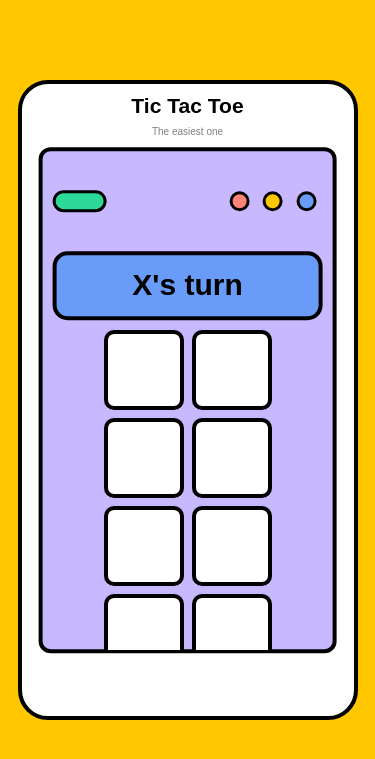
Repository: ThisIsSahaj/Js-Projects
Page: TIcTacToe/index.html
These files come from the project's save history. The page is drawn as it stood at one moment and after a run of saves; the edit follows.
The browser window is 375 px wide. The pictures show the whole page.

Above is the page before, as saved 2024-05-04 12:06:36.

### TIcTacToe/index.html
<!DOCTYPE html>
<html lang="en">
<head>
    <meta charset="UTF-8">
    <meta http-equiv="X-UA-Compatible" content="IE=edge">
    <meta name="viewport" content="width=device-width, initial-scale=1.0">
    <title>Tic Tac Toe</title>
    <link rel="stylesheet" href="style.css">
    <link rel="stylesheet" href="https://cdnjs.cloudflare.com/ajax/libs/font-awesome/6.0.0/css/all.min.css" integrity="sha512-9usAa10IRO0HhonpyAIVpjrylPvoDwiPUiKdWk5t3PyolY1cOd4DSE0Ga+ri4AuTroPR5aQvXU9xC6qOPnzFeg==" crossorigin="anonymous" referrerpolicy="no-referrer" />

</head>
<body>


        <div class="phoneUi">

            <div class="notch">
              <h3>Tic Tac Toe</h3>
              <p>The easiest one</p>
            </div>

            <div class="screen" >

                <div class="screenHeader" >

                    <div class="greenBars">

                        <span  style="background-color: #2DD998;"></span>
                        <!-- <span  style="background-color: #FFC700;"></span>
                        <span  style="background-color: #FFC700;"></span> -->
                    </div>

                    <div class="circleDiv">
                       <span  style=" background-color: #FF8477;" ></span>
                       <span  style=" background-color: #FFC700;" ></span>
                       <span  style=" background-color: #699CF8;" ></span>
                    </div>

                </div>

                <div class="displayDiv">
                      <p class="display"></p>
                </div>

                <div class="content scrollbar">
                    <div class="gameBox">
                       <div class="cell"></div>
                       <div class="cell"></div>
                       <div class="cell"></div>
                       <div class="cell"></div>
                       <div class="cell"></div>
                       <div class="cell"></div>
                       <div class="cell"></div>
                       <div class="cell"></div>
                       <div class="cell"></div>
                    </div>
                </div>

            </div>

        </div>
</body>

<script src="script.js"></script>
</html>

### TIcTacToe/style.css
/* COLOR PALETTE */

/*

yellow    #FFC700
red       #FF8477
green     #2DD998
blue      #699CF8
purple    #C8B8FF
orange    #EF4F1E

*/



*{
    margin: 0;
    padding: 0;
    box-sizing: border-box;
    outline: none;
    font-family: 'whyte', Arial, Helvetica, sans-serif;
}

body{
    background-color: #FFC700;
    display: flex;
    flex-wrap: wrap;
}



/* CURSORS */
html{
    cursor: url('/assets/images/PointerBody.png'), auto;
}

 button {
    cursor: url('/assets/images/PointerHover.png'), auto;
}

.notch p, h3, input {
    cursor: url('/assets/images/PointerText.png'), auto;

}





/* PHONE UI */
.phoneUi{
    border: 4px solid black;
    width: 580px;
    height: 80%;
    border-radius: 30px;
    background-color: white;
    position: absolute;
    top: 50%;
    left: 50%;
    transform: translate(-50%,-50%);
    text-align: center;
}

.notch{
    width: 100%;
    height: 10%;
    color: black;
    display: flex;
    flex-direction: column;
    align-items: center;
    justify-content: center;
    font-size: 22px;
    gap: 8px;
}

.notch p {
    color: grey;
    font-size: 12px;
}







/* SCREEN */
.screen{
    width: 90%;
    height: 80%;
    padding: 0px 35px;
    position: absolute;
    top: 50%;
    left: 50%;
    transform: translate(-50%,-50%);
    background-color: #C8B8FF;
    border: 4px solid black;
    color: black;
    border-radius: 12px;
    font-weight: bold;
}

.screenHeader {
    /* border: 2px solid green; */
    display: flex;
    justify-content: space-between;
    align-items: center;
    height: 20%;
}


.greenBars{
    width: 40%;
    display: flex;
    justify-content: start;
    gap: 10px;
}

.greenBars span {
    border-radius: 12px;
    border: 3px solid black;
    width: 50%;
    height: 22px;
 }

.circleDiv {
    display: flex;
    justify-content: space-around;
    width: 100px;
}

.circleDiv span {
    width: 20px;
    height: 20px;
    border-radius: 12px;
    border: 3px solid black;
}





/* INPUT FIELD */

.displayDiv{
    /* border: 2px solid green; */
    height: 14%;
}

.display{
    width: 100%;
    height: 100%;
    border-radius: 15px;
    color: black;
    padding: 20px;
    font-size: 30px;
    background-color: #699CF8;
    border: 4px solid black;
    display: flex;
    justify-content: center;
    align-items: center;
}





/* MAIN CONTENT */
.content{
    /* border: 2px solid green; */
    width: 100%;
    overflow: auto;
    height: 66%;
    padding: 0px 10px;
}

.gameBox{
    width: 100%;
    height: 100%;
    /* border: 2px solid green; */
    padding: 10px;
    display: flex;
    justify-content: center;
    align-items: center;
    flex-wrap: wrap;
    gap: 8px;

}
.cell{
    /* width: 120px; */
    /* height: 120px; */

        width: 30%;
        height: 30%;
    border: 4px solid black;
    background-color: white;
    border-radius: 10px;
    font-size: 90px;
    display: flex;
    justify-content: center;
    align-items: center;
    font-family: cursive
}





/* SCROLLBAR */
.scrollbar::-webkit-scrollbar {
    width: 12px;
}

.scrollbar::-webkit-scrollbar-track {
    background-color: transparent;
    border-radius: 8px;
}

.scrollbar::-webkit-scrollbar-thumb {
    background-color: white;
    border: 2px solid black;
    border-radius: 8px;
}






/* CLASSES HANDLED BY JS */

.error{
    animation: shake 0.1s linear 4;
}
@keyframes shake {
    0%{
        transform: translateX(0);
    }
    25%{
        transform: translateX(-2px);
    }
    50%{
        transform: translateX(0);
    }
    75%{
        transform: translateX(2px);
    }
    100%{
        transform: translateX(0);
    }
}






/* RESPONSIVE  */


@media (max-width: 648px)
{
    .phoneUi{
        width: 440px;
    }
    .cell{
        width: 80px;
        height: 80px;
        font-size: 70px;
    }


}


@media (max-width: 475px)
{
    .screen{
        padding: 0px 10px;
    }
    .phoneUi{
        width: 340px;
    }
    .notch{
        font-size: 18px;
    }
    .notch p {
        color: grey;
        font-size: 10px;
    }
    .cell{
        width: 80px;
        height: 80px;
        font-size: 70px;
    }


}

@media (max-height: 500px)
{
    .notch h3 {
        font-size: 14px;
    }
}

### TIcTacToe/script.js
const cells = document.querySelectorAll('.cell');
const display = document.querySelector('.display');

let xTurn = true;
display.innerText = "X's turn"
let count = 0;

const winCombinations = [
    [0, 1, 2],
    [0, 3, 6],
    [0, 4, 8],
    [1, 4, 7],
    [2, 5, 8],
    [2, 4, 6],
    [3, 4, 5],
    [6, 7, 8],
];

const handleClick = (cell) => {
    // console.log('clicked');
    // console.log(cell);

    let curCell = cell.target;
    count++;

    // console.log(curCell);

    if (xTurn) {
        curCell.innerText = 'X';
        display.innerText = "O's turn"
        xTurn = false;
    }
    else{
        curCell.innerText = 'O';
        display.innerText = "X's turn"
        xTurn = true;
    }

    if (count == 9) {
        console.log(count);
        checkDraw();
        return;
    }
    getWinner();
}



cells.forEach((element)=>{
    element.addEventListener('click', handleClick, {once:true}        // so that a cell can be clicked only once
     )
})



const showWinner = (winner) => {
    display.innerText = `${winner} won 🍾`;
}


const getWinner = () => {

    for(let combinations of winCombinations)
    {
        // console.log(combinations);
        // console.log(combinations[0], combinations[1],combinations[2]);

        // console.log(cells[combinations[0]], cells[combinations[1]], cells[combinations[2]]);

        const pos1 = cells[combinations[0]].innerText;
        const pos2 = cells[combinations[1]].innerText;
        const pos3 = cells[combinations[2]].innerText;

        if (pos1 != "", pos2 != "", pos3 != "") {

            if (pos1 === pos2 && pos2 === pos3) {
                showWinner(pos1);
                return true;
            }
        }

    }
    return false;
}


const checkDraw = () => {
    cells.forEach(cell => {
        if(cell.innerText !== "" && !getWinner() )
        {
            display.innerText = "Draw!🤝";
        }
    })
}

After the next 3 saves:
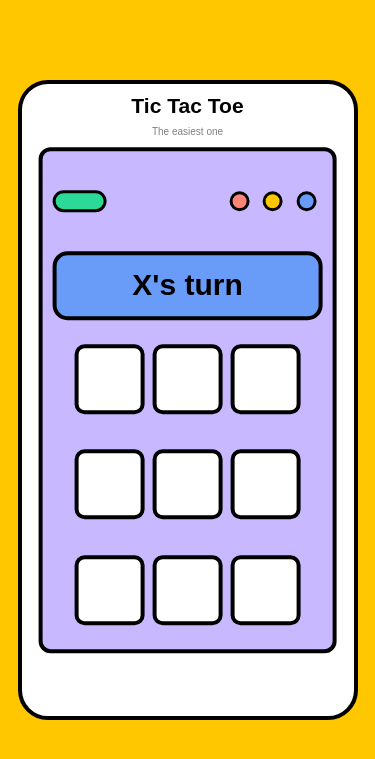
The 3 saves are shown as one change because they came seconds apart.
The last was saved 12 s later.
--- a/TIcTacToe/style.css
+++ b/TIcTacToe/style.css
@@ -289,8 +289,8 @@ html{
         font-size: 10px;
     }
     .cell{
-        width: 80px;
-        height: 80px;
+        width: 70px;
+        height: 70px;
         font-size: 70px;
     }
 
